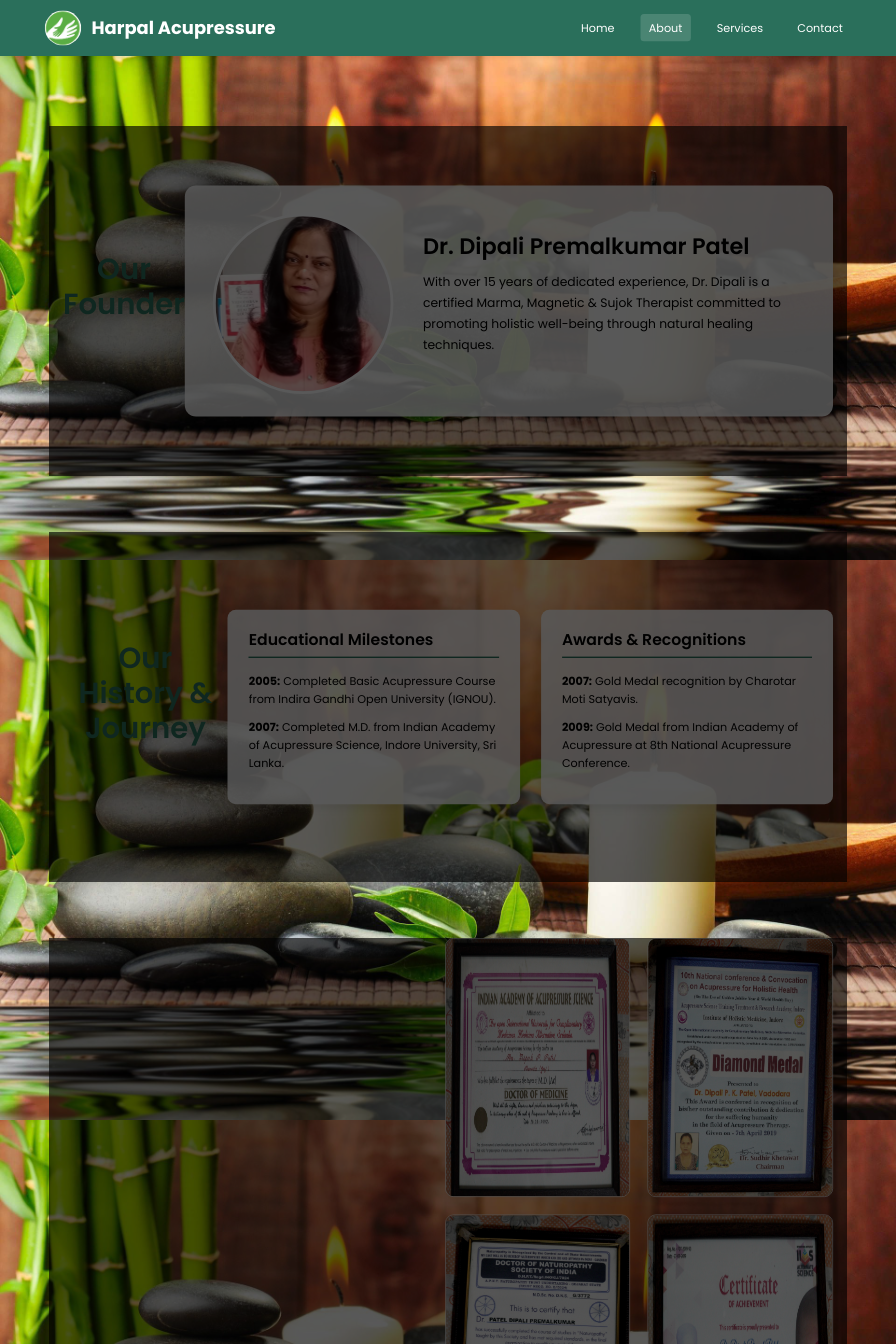
Repository: swasthiik/my-websites
Page: about.html
An editor plug-in stored every save of this project. The page is shown before and after the next save, followed by the edit.
The browser window is 1280 px wide. The pictures show the part of the page from y = 0 to 1920 px (the page is 6622 px tall), at 70% of full size.
Backgrounds fixed to the window are drawn as part of the page.

Above is the page before, as saved 2025-11-01 14:15:30.

After the next save:
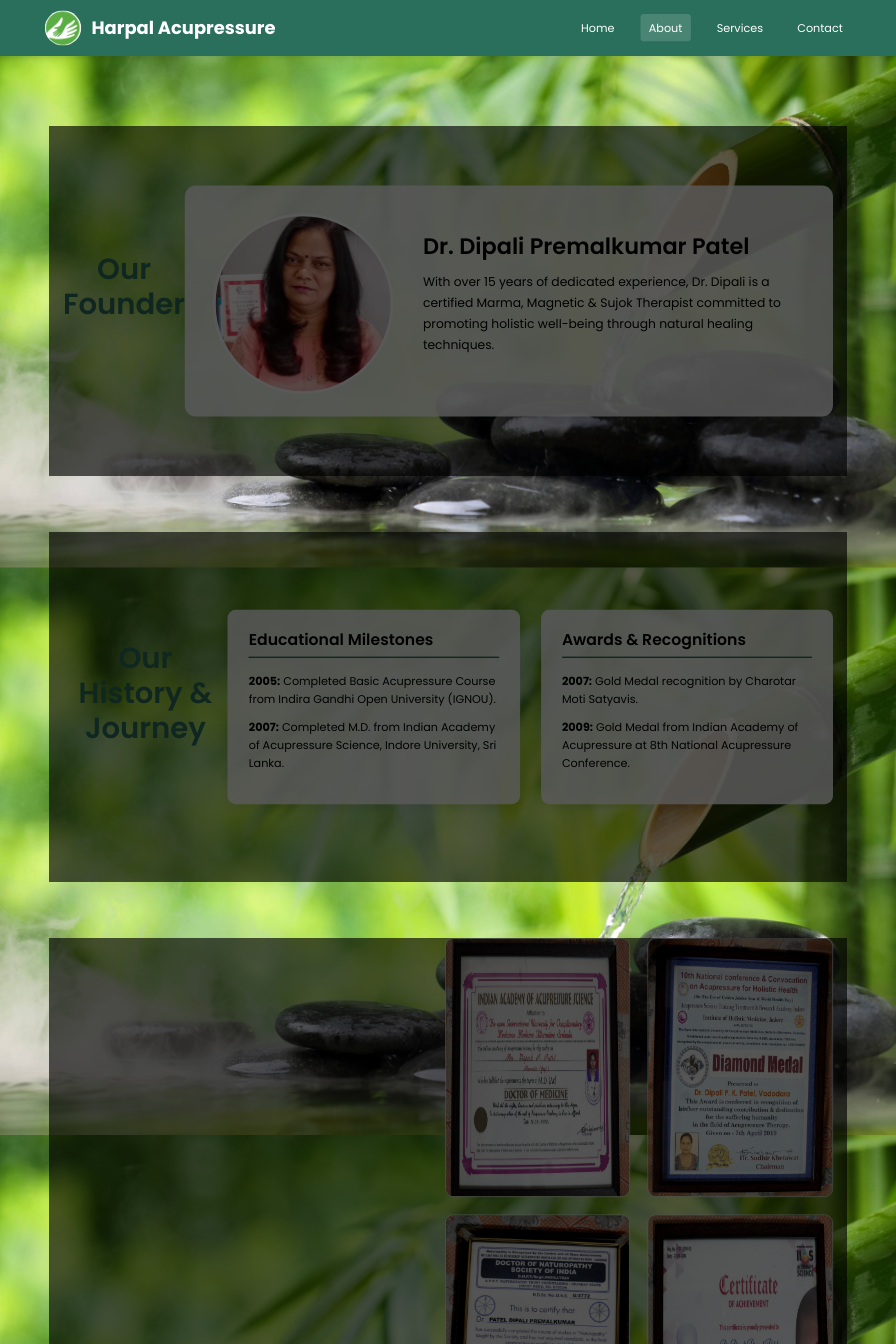
Saved 76 s later.
--- a/about.css
+++ b/about.css
@@ -6,11 +6,11 @@
 
 body.about-page {
   /* Set your background image */
-  background-image: url('images/background2.jpg');
+  background-image: url('images/background3.jpg');
   background-size: cover; /* Ensures the image covers the entire background */
   background-position: center; /* Centers the image */
   background-attachment: fixed; /* Keeps the background image in place while scrolling */
-  color: black; /* Default font color for the page */
+  color: rgb(245, 239, 239); /* Default font color for the page */
 }
 
 main {
